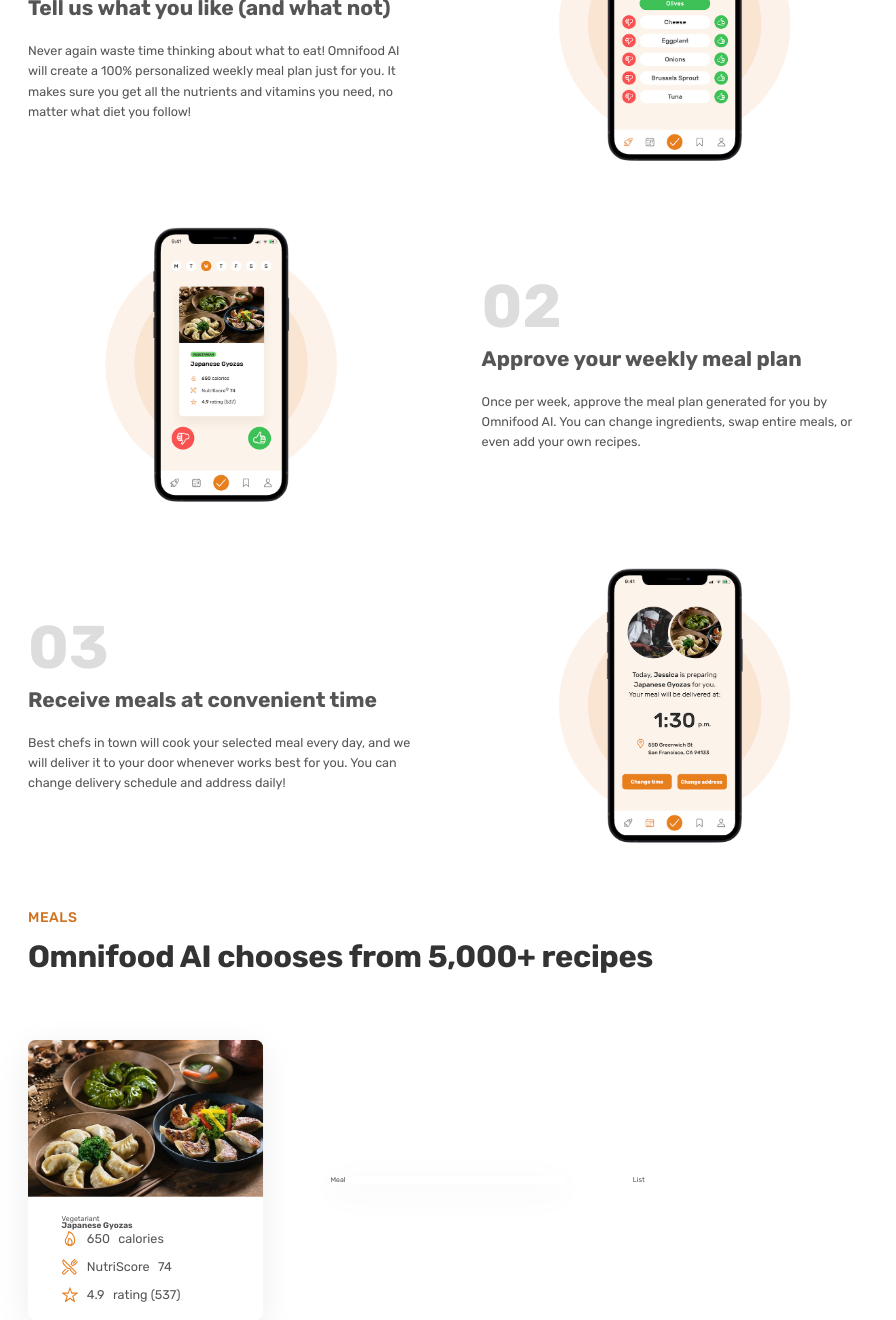
Repository: WefsCao/Omnifood
Page: index.html
The author's editor kept a copy of each file at every save. The page is drawn from the files as they stood at one save, then again after the next save.
The browser window is 1280 px wide. The pictures show the part of the page from y = 1261 to 3181 px (the page is 3147 px tall before and 3181 px after), at 70% of full size.

Above is the page before, as saved 2022-06-05 15:11:39.

After the next save:
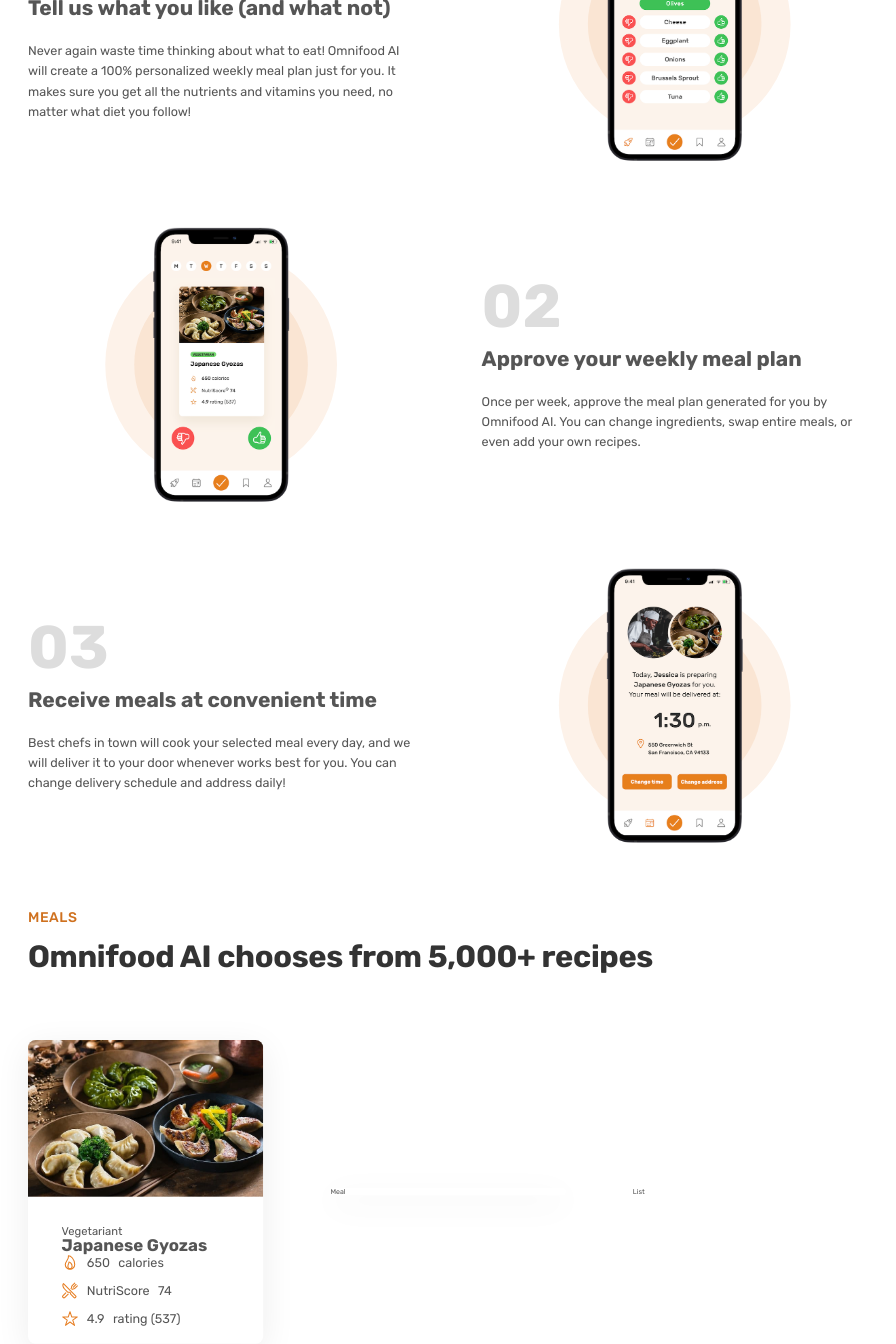
Saved 30 s later.
--- a/css/style.css
+++ b/css/style.css
@@ -206,10 +206,14 @@
 .meal-content {
   padding: 2.4rem 4.8rem;
 }
-.categories {
+.meal-tag {
   display: inline-block;
   font-size: 1.6rem;
   margin-top: 1.6rem;
+}
+.meal-title {
+  font-size: 2.4rem;
+  font-weight: 700;
 }
 .meal-attributes {
   list-style: none;
